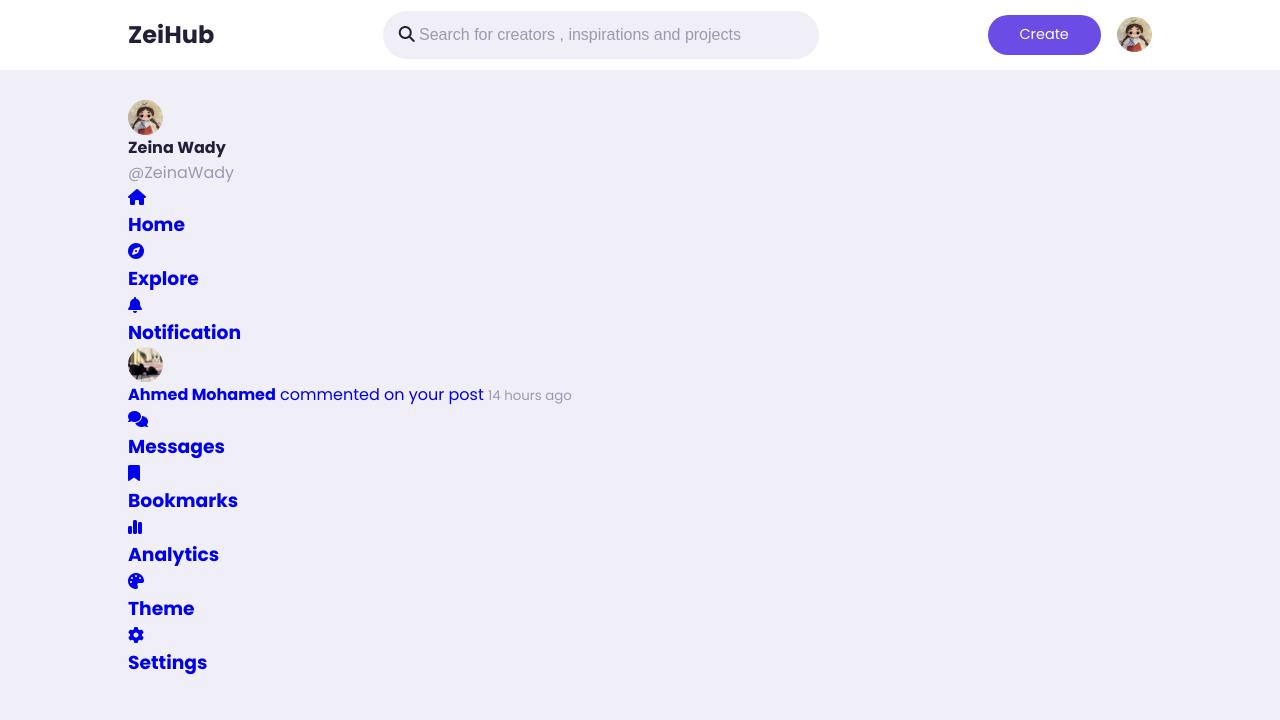
Repository: zeinawady/Social-Media-Template
Page: index.html
An editor plug-in stored every save of this project. The page is shown before and after a run of saves, followed by the edit.
The browser window is 1280 px wide. The pictures show the whole page.

Above is the page before, as saved 2025-02-15 02:05:54.

### index.html
<!DOCTYPE html>
<html lang="en">
  <head>
    <meta charset="UTF-8" />
    <meta name="viewport" content="width=device-width, initial-scale=1.0" />
    <title>ZeiHub</title>
    <link rel="stylesheet" href="css/style.css" />
    <link rel="stylesheet" href="css/all.min.css" />
    <link rel="preconnect" href="https://fonts.googleapis.com" />
    <link rel="preconnect" href="https://fonts.gstatic.com" crossorigin />
    <link
      href="https://fonts.googleapis.com/css2?family=Poppins:ital,wght@0,100;0,200;0,300;0,400;0,500;0,600;0,700;0,800;0,900;1,100;1,200;1,300;1,400;1,500;1,600;1,700;1,800;1,900&family=Roboto:ital,wght@0,100..900;1,100..900&display=swap"
      rel="stylesheet"
    />
  </head>
  <body>
    <!-- start nav -->
    <nav>
      <div class="container">
        <h2 class="log">ZeiHub</h2>
        <div class="search-bar">
          <i class="fa-solid fa-magnifying-glass"></i>
          <input
            type="search"
            placeholder="Search for creators , inspirations and projects "
          />
        </div>
        <div class="create">
          <label class="btn nav-btn" for="#create">Create</label>
          <div class="profile-picture">
            <img src="images/girl.jpg" alt="" />
          </div>
        </div>
      </div>
    </nav>
    <!-- end nav -->

    <!-- start main -->
    <main>
      <div class="container">
        <!-- the sections of the main container -->

        <!-- start left -->
        <div class="left">
          <a class="profile">
            <div class="profile-picture">
              <img src="images/girl.jpg" alt="" />
            </div>
            <div class="handle">
              <h4>Zeina Wady</h4>
              <p class="gray-text">@ZeinaWady</p>
            </div>
          </a>
          <aside>
            <a href="#" class="menu-item">
              <span><i class="fa-solid fa-house"></i> <h3>Home</h3></span>
            </a>
            <a href="#" class="menu-item">
              <span><i class="fa-solid fa-compass"></i></i> <h3>Explore</h3></span>
             </a>
             <a href="#" class="menu-item">
              <span><i class="fa-solid fa-bell"></i><h3>Notification</h3></span>
              <div class="notifications-popup">
                <div>
                    <div class="profile-picture">
                        <img src="images/child.jpg" alt="">
                    </div>
                    <div class="notification-body">
                        <b>Ahmed Mohamed</b> commented on your post
                        <small class="gray-text">14 hours ago</small>
                    </div>
                </div>
              </div>
            </a>
            <a href="#" class="menu-item">
              <span><i class="fa-solid fa-comments"></i><h3>Messages</h3></span>
            </a>
            <a href="#" class="menu-item">
              <span><i class="fa-solid fa-bookmark"></i><h3>Bookmarks</h3></span>
            </a>
            <a href="#" class="menu-item">
              <span><i class="fa-solid fa-chart-simple"></i><h3>Analytics</h3></span>
            </a>
            <a href="#" class="menu-item">
              <span><i class="fa-solid fa-palette"></i><h3>Theme</h3></span>
            </a>
            <a href="#" class="menu-item">
              <span><i class="fa-solid fa-gear"></i><h3>Settings</h3></span>
            </a>


          </aside>
        </div>
        <!-- end left -->
        <div class="mid"></div>
        <div class="right"></div>
      </div>
    </main>
    <!-- end main -->
  </body>
</html>

### css/style.css
:root{

    --color-white: hsl(252, 30%, 100%);
    --color-light:hsl(252,30%,95%);
    --color-gray:hsl(252, 15%, 65%);
    --color-primary:hsl(252, 75%, 60%);
    --color-secondary:hsl(252, 100%, 90%);
    --color-success: hsl(120, 95%, 65%);
    --color-danger: hsl(0, 95%, 65%);
    --color-dark: hsl(252, 30%, 17%);
    --color-black:hsl(252, 30%, 10%);
    --transition-speed:0.2s;

    /* --border-radius:2rem;
    --card-border-radius:1rem;
     */
}
*{
    margin: 0;
    padding: 0;
    box-sizing: border-box;
    text-decoration: none;
    list-style: none;
    border: none;
}
body{
    font-family: "Poppins", serif;
    color: var(--color-dark);
    background-color: var(--color-light);
    overflow-x: hidden;
}
/* global */
.container{
    width: 80%;
    margin: 0 auto;
}
.profile-picture{
    width: 2.2rem;
    height: 2.2rem;
    border-radius: 50%;
}
.profile-picture img{
border-radius: 50%;
width: 2.2rem;
height: 2.2rem;
}
.btn{
    /* display: inline-block; */
    padding: 0.6rem 2rem;
    font-weight: 400;
    cursor: pointer;
    border-radius: 200px;
    color: white;
    transition: all var(--transition-speed) ease-in-out;
    font-size: 0.9rem;
}
.btn:hover{
   opacity: 0.8;
}
.gray-text{
    color: var(--color-gray);
}


/* navbar */
nav{
    width: 100%;
    background-color: var(--color-white);
    padding: 0.7rem 0;
    position: fixed;
    top: 0;
    z-index: 100;
}
.nav-btn{
    background-color: var(--color-primary);

}
nav .container{
    display: flex;
    justify-content: space-between;
    align-items: center;

}
nav .search-bar{
background-color: var(--color-light);
padding: 0.7rem 1rem;
border-radius: 2rem;
outline: none;


}
nav .search-bar input{
   background: none;
   outline: none;
   width: 30vw;
   font-size: 1rem;
}
nav .search-bar input::placeholder{
    color: var(--color-gray);
}

.create{
    display: flex;
    align-items: center;
    gap: 1rem;
}


main .container{
    margin-top: 100px;
}

Loaded but not shown: css/all.min.css (library)

After the next 2 saves:
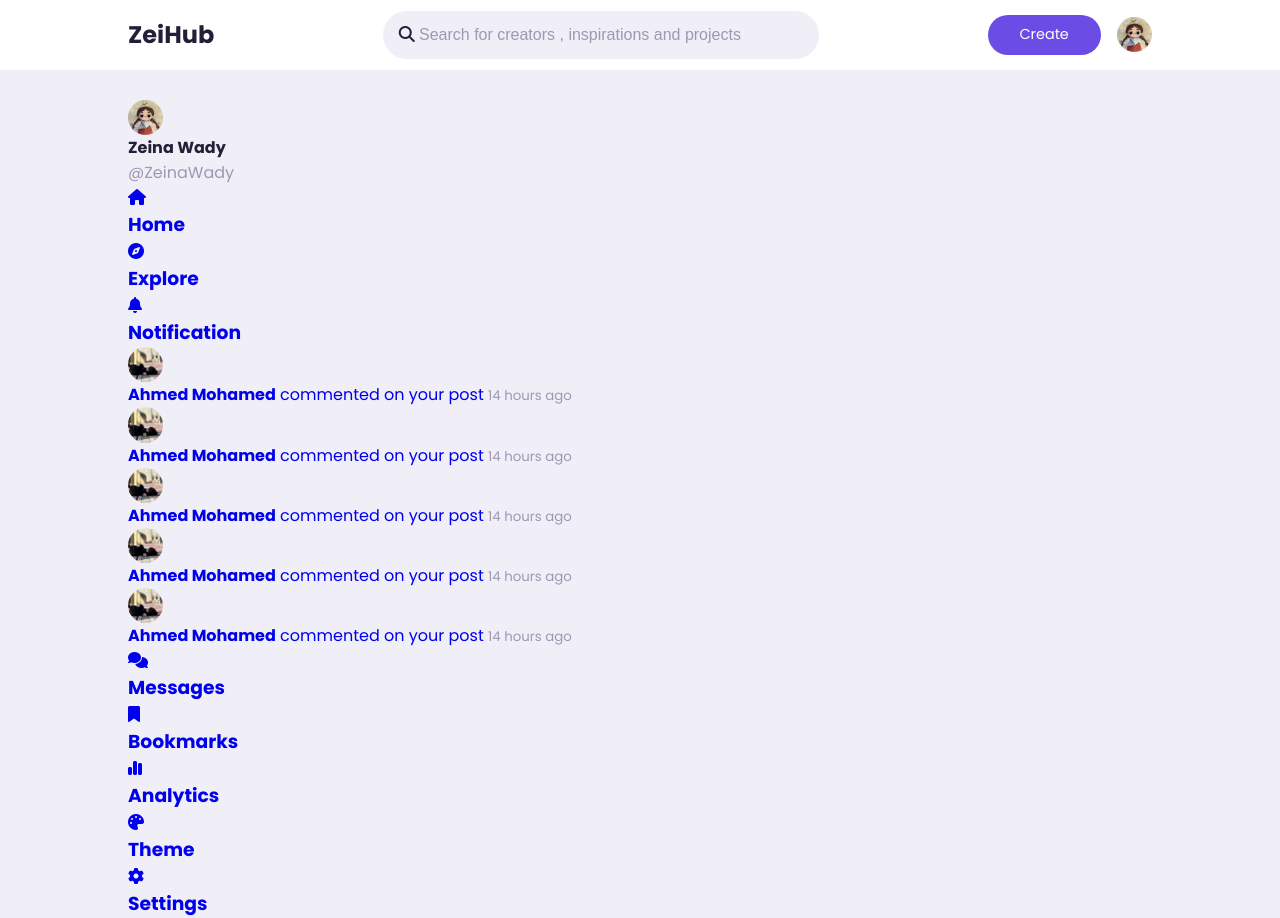
The 2 saves are shown as one change because they came seconds apart.
The last was saved 91 s later.
--- a/index.html
+++ b/index.html
@@ -70,6 +70,42 @@
                         <small class="gray-text">14 hours ago</small>
                     </div>
                 </div>
+                <div>
+                    <div class="profile-picture">
+                        <img src="images/child.jpg" alt="">
+                    </div>
+                    <div class="notification-body">
+                        <b>Ahmed Mohamed</b> commented on your post
+                        <small class="gray-text">14 hours ago</small>
+                    </div>
+                </div>
+                <div>
+                    <div class="profile-picture">
+                        <img src="images/child.jpg" alt="">
+                    </div>
+                    <div class="notification-body">
+                        <b>Ahmed Mohamed</b> commented on your post
+                        <small class="gray-text">14 hours ago</small>
+                    </div>
+                </div>
+                <div>
+                    <div class="profile-picture">
+                        <img src="images/child.jpg" alt="">
+                    </div>
+                    <div class="notification-body">
+                        <b>Ahmed Mohamed</b> commented on your post
+                        <small class="gray-text">14 hours ago</small>
+                    </div>
+                </div>
+                <div>
+                    <div class="profile-picture">
+                        <img src="images/child.jpg" alt="">
+                    </div>
+                    <div class="notification-body">
+                        <b>Ahmed Mohamed</b> commented on your post
+                        <small class="gray-text">14 hours ago</small>
+                    </div>
+                </div>
               </div>
             </a>
             <a href="#" class="menu-item">
